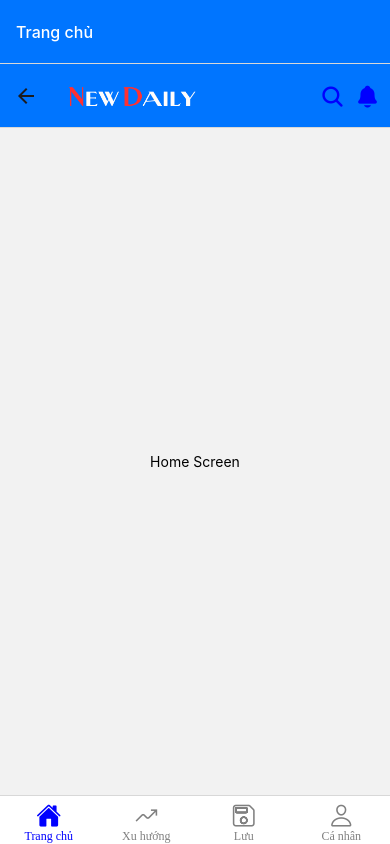
Repository: Quynhhuong150322/New_Daily
Screen: /BottomTab
An editor plug-in stored every save of this project. The screen is shown before and after the next save, followed by the edit.
The app was drawn by React Native's web renderer in a window 390 px wide. The project was rebuilt for these pictures with package versions that can differ from the ones it lists, and the page was loaded fresh each time. Also part of the build but not shown: firebase.js, screens/Login.js, screens/Signup.js, screens/Trending.js, screens/Save.js, components/Divider.js, components/Tab.js, screens/Profile.js and 4 more.

Above is the screen before, as saved 2023-12-20 06:15:10.

After the next save:
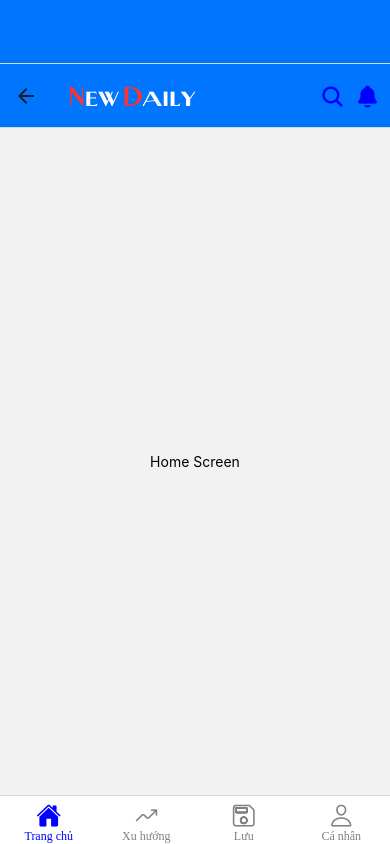
Saved 5 s later.
--- a/screens/ButtomTab.js
+++ b/screens/ButtomTab.js
@@ -47,7 +47,7 @@
                     headerTitleStyle: {
                     color: 'white',
                     fontSize: 16,
-                    paddingTop: -100,
+                    paddingTop: 100,
                     marginLeft: 0
                     },
                     // headerTitleAlign: 'center',
